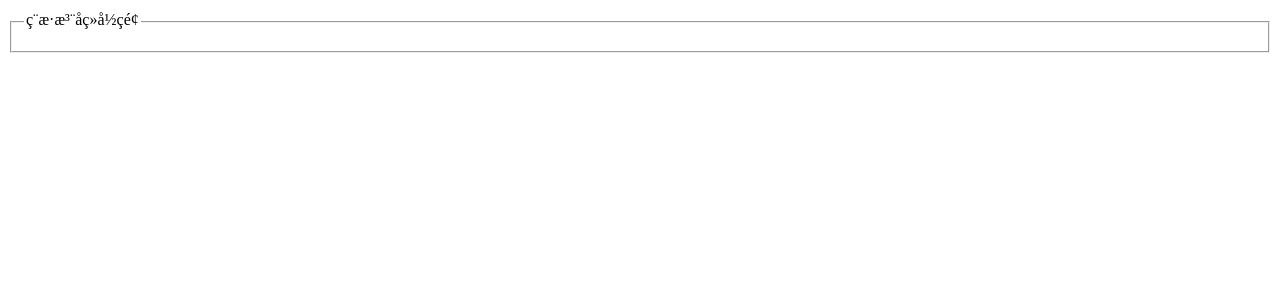
Repository: 420112677/SpringMVC
Page: http://localhost/SpringMVCTeset/login.jsp
These files come from the project's save history. The page is drawn as it stood at one moment and after the next save; the edit follows.
The browser window is 1280 px wide. The pictures show the whole page.
The page is served by Tomcat 9. Other server files are loaded and not shown.

Above is the page before, as saved 2019-02-14 13:31:44.

### SpringMVCTeset/src/main/webapp/login.jsp
<%@ page language="java" contentType="text/html; charset=utf-8"
    pageEncoding="ISO-8859-1"%>
<!DOCTYPE html PUBLIC "-//W3C//DTD HTML 4.01 Transitional//EN" "http://www.w3.org/TR/html4/loose.dtd">
<html>
<head>
<meta http-equiv="Content-Type" content="text/html; charset=ISO-8859-1">
<title>Insert title here</title>
</head>
<body>
	<fieldset>
		<legend>用户注册登录界面</legend>
	</fieldset>
</body>
</html>

After the next save:
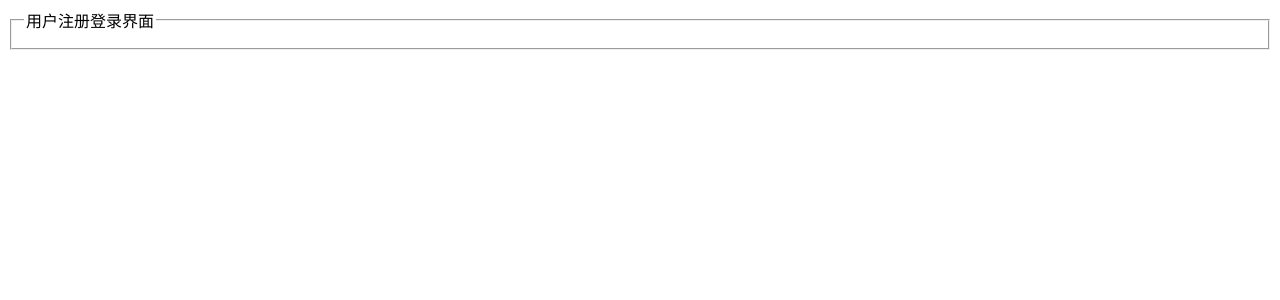
Saved 9 s later.
--- a/SpringMVCTeset/src/main/webapp/login.jsp
+++ b/SpringMVCTeset/src/main/webapp/login.jsp
@@ -1,9 +1,9 @@
 <%@ page language="java" contentType="text/html; charset=utf-8"
-    pageEncoding="ISO-8859-1"%>
+    pageEncoding="utf-8"%>
 <!DOCTYPE html PUBLIC "-//W3C//DTD HTML 4.01 Transitional//EN" "http://www.w3.org/TR/html4/loose.dtd">
 <html>
 <head>
-<meta http-equiv="Content-Type" content="text/html; charset=ISO-8859-1">
+<meta http-equiv="Content-Type" content="text/html; charset=utf-8">
 <title>Insert title here</title>
 </head>
 <body>
